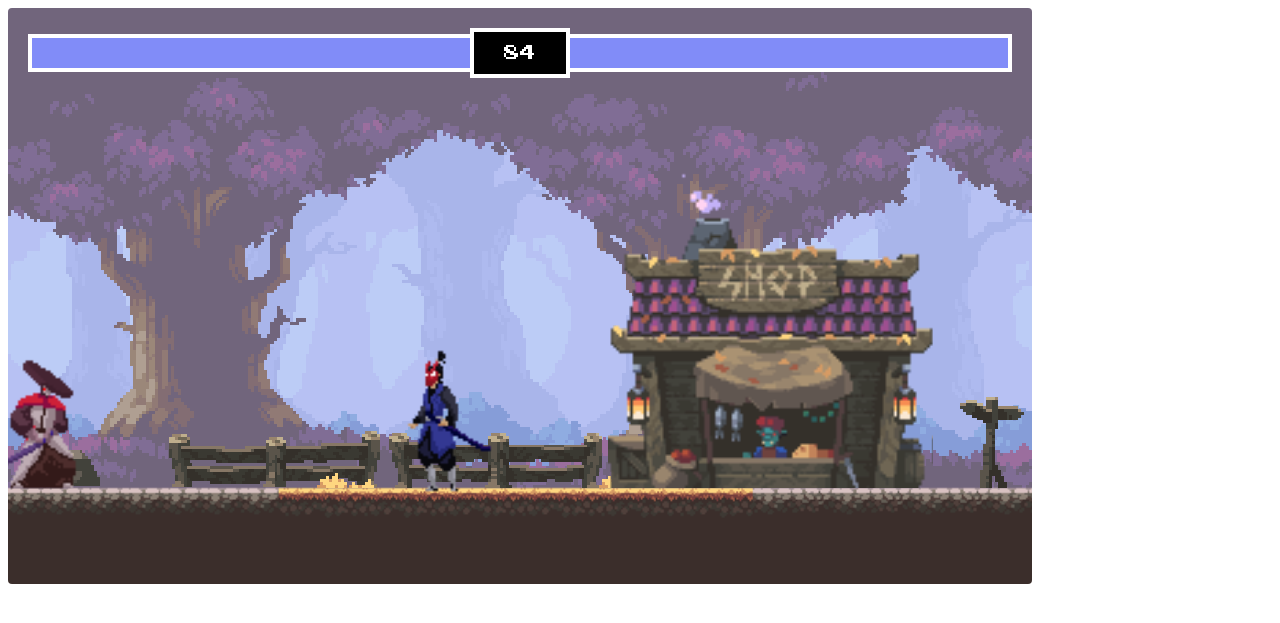
Repository: LuizAGDomingues/js-fighting-game
Page: index.html
The author's editor kept a copy of each file at every save. The page is drawn from the files as they stood at one save, then again after the next save.
The browser window is 1280 px wide. The pictures show the whole page.

Above is the page before, as saved 2022-12-23 21:18:02.

### index.html
<!DOCTYPE html>
<html lang="en">
  <head>
    <meta charset="UTF-8" />
    <link rel="icon" type="image/svg+xml" href="./images/Logo.jpg" />
    <link rel="preconnect" href="https://fonts.googleapis.com" />
    <link rel="preconnect" href="https://fonts.gstatic.com" crossorigin />
    <link href="https://fonts.googleapis.com/css2?family=Press+Start+2P&display=swap" rel="stylesheet" />
    <link href="./src/css/battle.css" rel="stylesheet" />
    <meta name="viewport" content="width=device-width, initial-scale=1.0" />
    <title>Figthing Game</title>
  </head>
  <body>
    <div class="content">
      <div class="life-bars">
        <!-- player health -->
        <div class="playerHealth-content">
          <div class="playerHealth-aux"></div>
          <div id="playerHealth" class="playerHealth-bar"></div>
        </div>
        <!-- timer -->
        <div id="timer" class="timer">10</div>
        <!-- enemy health -->
        <div class="enemyHealth-content">
          <div class="enemyHealth-aux"></div>
          <div id="enemyHealth" class="enemyHealth-bar"></div>
        </div>
      </div>
      <div id="displayText" class="result">Tie</div>
      <canvas style="border-radius: 4px;"></canvas>
    </div>
    <script
      src="https://cdnjs.cloudflare.com/ajax/libs/gsap/3.11.3/gsap.min.js"
      integrity="sha512-gmwBmiTVER57N3jYS3LinA9eb8aHrJua5iQD7yqYCKa5x6Jjc7VDVaEA0je0Lu0bP9j7tEjV3+1qUm6loO99Kw=="
      crossorigin="anonymous"
      referrerpolicy="no-referrer"
    ></script>
    <script src="./src/utils.js"></script>
    <script src="./src/classes.js"></script>
    <script src="./src/main.js"></script>
  </body>
</html>

### src/css/battle.css
* {
  box-sizing: border-box;
  font-family: 'Press Start 2P', sans-serif;
}

.content {
  position: relative;
  display: inline-block;
}

.life-bars {
  position: absolute;
  display: flex;
  width: 100%;
  align-items: center;
  padding: 20px;
}

.playerHealth-content {
  position: relative;
  width: 100%;
  display: flex;
  justify-content: flex-end;
  border-top: 4px solid white;
  border-left: 4px solid white;
  border-bottom: 4px solid white;
}

.playerHealth-aux {
  background-color: red;
  height: 30px;
  width: 100%;
}

.playerHealth-bar {
  position: absolute;
  background: #818CF8;
  top: 0;
  right: 0;
  bottom: 0;
  width: 100%;
}

.timer {
  background-color: black;
  width: 100px;
  height: 50px;
  flex-shrink: 0;
  display: flex;
  align-items: center;
  justify-content: center;
  color: white;
  border: 4px solid white;
}

.enemyHealth-content {
  position: relative;
  width: 100%;
  border-top: 4px solid white;
  border-right: 4px solid white;
  border-bottom: 4px solid white;
}

.enemyHealth-aux {
  background-color: red;
  height: 30px;
}

.enemyHealth-bar {
  position: absolute;
  background: #818CF8;
  top: 0;
  right: 0;
  bottom: 0;
  left: 0;
}

.result {
  position: absolute;
  color: white;
  align-items: center;
  justify-content: center;
  top: 0;
  right: 0;
  bottom: 0;
  left: 0;
  display: none;
}

### src/utils.js
function rectangularCollision({ rectangle1, rectangle2 }) {
  return (
    rectangle1.attackBox.position.x + rectangle1.attackBox.width >= rectangle2.position.x
    && rectangle1.attackBox.position.x <= rectangle2.position.x + rectangle2.width
    && rectangle1.attackBox.position.y + rectangle1.attackBox.height >= rectangle2.position.y
    && rectangle1.attackBox.position.y <= rectangle2.position.y + rectangle2.height
  )
};

function determineWinner({player, enemy, timerId}) {
  clearTimeout(timerId)
  document.querySelector('#displayText').style.display = 'flex'
  if(player.health === enemy.health) {
    document.querySelector('#displayText').innerHTML = 'Tie'
  } else if (player.health > enemy.health) {
    document.querySelector('#displayText').innerHTML = 'Player 1 wins'
  } else if (player.health < enemy.health) {
    document.querySelector('#displayText').innerHTML = 'Player 2 wins'
  }
};

### src/classes.js
class Sprite {
  constructor({position, imageSrc, scale = { x: 1, y: 1 }, framesMax = 1, offset = { x: 0, y: 0 }}) {
    this.position = position
    this.image = new Image()
    this.image.src = imageSrc
    this.scale = scale
    this.framesMax = framesMax
    this.framesCurrent = 0
    this.framesElapsed = 0
    this.framesHold = 5
    this.offset = offset
  }

  draw() {
    c.drawImage(
      this.image,
      this.framesCurrent * (this.image.width / this.framesMax),
      0,
      this.image.width / this.framesMax,
      this.image.height,
      this.position.x - this.offset.x,
      this.position.y - this.offset.y,
      (this.image.width / this.framesMax) * this.scale.x,
      this.image.height * this.scale.y
    )
  }

  animateFrames() {
    this.framesElapsed++
    if(this.framesElapsed % this.framesHold === 0) {
      if(this.framesCurrent < this.framesMax - 1) {
        this.framesCurrent++
      } else {
        this.framesCurrent = 0
      }
    }
  }

  update() {
    this.draw()
    this.animateFrames()
  }
}

class Fighter extends Sprite {
  constructor({
    position,
    velocity,
    color = 'red',
    imageSrc,
    scale = { x: 1, y: 1 },
    framesMax = 1,
    offset = { x: 0, y: 0 },
    sprites,
    attackBox = { offset: {}, width: undefined, height: undefined }
  }) {
    super({
      position,
      imageSrc,
      scale,
      framesMax,
      offset
    })

    this.velocity = velocity
    this.width = 50
    this.height = 150
    this.lastKey
    this.attackBox = {
      position: {
        x: this.position.x,
        y: this.position.y
      },
      offset: attackBox.offset,
      width: attackBox.width,
      height: attackBox.height
    }
    this.color = color
    this.isAttacking
    this.health = 100
    this.framesCurrent = 0
    this.framesElapsed = 0
    this.framesHold = 5
    this.sprites = sprites
    this.dead = false

    for (const sprite in this.sprites) {
      sprites[sprite].image = new Image()
      sprites[sprite].image.src = sprites[sprite].imageSrc
    }
  }

  update() {
    this.draw()
    if(!this.dead) this.animateFrames()

    this.attackBox.position.x = this.position.x + this.attackBox.offset.x
    this.attackBox.position.y = this.position.y + this.attackBox.offset.y

    // Draw the attack box
    //c.fillRect(this.attackBox.position.x, this.attackBox.position.y, this.attackBox.size.width, this.attackBox.height)

    this.position.x += this.velocity.x
    this.position.y += this.velocity.y

    // gravity function
    if(this.position.y + this.height + this.velocity.y >= canvas.height - 96) {
      this.velocity.y = 0
      this.position.y = 330
    } else this.velocity.y += gravity

  }

  attack() {
    if(this.image === this.sprites.takeHit.image || this.image === this.sprites.death.image) {
      return
    } else {
      this.switchSprite('attack1')
      this.isAttacking = true
    }
  }

  takeHit() {
    this.health -= 20
    if(this.health <= 0) {
      this.switchSprite('death')
    } else {
      this.switchSprite('takeHit')
    }
  }

  switchSprite(sprite) {
    if(this.image === this.sprites.death.image) {
      if(this.framesCurrent === this.sprites.death.framesMax - 1)
        this.dead = true
      return
    }
    // overriding all other animations with the attack animation
    if(
      this.image === this.sprites.attack1.image &&
      this.framesCurrent < this.sprites.attack1.framesMax - 1
    ) return
    // overriding when figther gets hit
    if(
      this.image === this.sprites.takeHit.image &&
      this.framesCurrent < this.sprites.takeHit.framesMax - 1
    ) return

    switch(sprite) {
      case 'idle':
        if(this.image !== this.sprites.idle.image) {
          this.image = this.sprites.idle.image
          this.framesMax = this.sprites.idle.framesMax
          this.framesCurrent = 0
        }
        break
      case 'run':
        if(this.image !== this.sprites.run.image) {
          this.image = this.sprites.run.image
          this.framesMax = this.sprites.run.framesMax
          this.framesCurrent = 0
        }
        break
      case 'jump':
        if(this.image !== this.sprites.jump.image) {
          this.image = this.sprites.jump.image
          this.framesMax = this.sprites.jump.framesMax
          this.framesCurrent = 0
        }
        break
      case 'fall':
        if(this.image !== this.sprites.fall.image) {
          this.image = this.sprites.fall.image
          this.framesMax = this.sprites.fall.framesMax
          this.framesCurrent = 0
        }
        break
      case 'attack1':
        if(this.image !== this.sprites.attack1.image) {
          this.image = this.sprites.attack1.image
          this.framesMax = this.sprites.attack1.framesMax
          this.framesCurrent = 0
        }
        break
      case 'takeHit':
        if(this.image !== this.sprites.takeHit.image) {
          this.image = this.sprites.takeHit.image
          this.framesMax = this.sprites.takeHit.framesMax
          this.framesCurrent = 0
        }
        break
      case 'death':
        if(this.image !== this.sprites.death.image) {
          this.image = this.sprites.death.image
          this.framesMax = this.sprites.death.framesMax
          this.framesCurrent = 0
        }
        break
    }
  }
}

### src/main.js
const canvas = document.querySelector('canvas');
const c = canvas.getContext('2d');

canvas.width = 1024
canvas.height = 576

c.fillRect(0, 0, canvas.width, canvas.height)

const gravity = .7

var gameIsOver = false

const background = new Sprite({
  position: {
    x: 0,
    y: 0
  },
  imageSrc: '../images/background.png'
})

const shop = new Sprite({
  position: {
    x: 600,
    y: 128
  },
  imageSrc: '../images/shop.png',
  scale: {
    x: 2.75,
    y: 2.75
  },
  framesMax: 6
})

const player = new Fighter({
  position: {
    x: 0,
    y: 0
  },
  velocity: {
    x: 0,
    y: 0
  },
  offset: {
    x: 0,
    y: 0
  },
  imageSrc: '../images/samuraiMack/Idle.png',
  framesMax: 8,
  scale: {
    x: 2.5,
    y: 2.5
  },
  offset: {
    x: 215,
    y: 155
  },
  sprites: {
    idle: {
      imageSrc: '../images/samuraiMack/Idle.png',
      framesMax: 8
    },
    run: {
      imageSrc: '../images/samuraiMack/Run.png',
      framesMax: 8
    },
    jump: {
      imageSrc: '../images/samuraiMack/Jump.png',
      framesMax: 2
    },
    fall: {
      imageSrc: '../images/samuraiMack/Fall.png',
      framesMax: 2
    },
    attack1: {
      imageSrc: '../images/samuraiMack/Attack1.png',
      framesMax: 6
    },
    takeHit: {
      imageSrc: '../images/samuraiMack/Take Hit.png',
      framesMax: 4
    },
    death: {
      imageSrc: '../images/samuraiMack/Death.png',
      framesMax: 6
    }
  },
  attackBox: {
    offset: {
      x: 100,
      y: 50
    },
    width: 140,
    height: 50
  }
})

const enemy = new Fighter({
  position: {
    x: 400,
    y: 100
  },
  velocity: {
    x: 0,
    y: 0
  },
  color: 'blue',
  offset: {
    x: -50,
    y: 0
  },
  imageSrc: '../images/kenji/Idle.png',
  framesMax: 4,
  scale: {
    x: 2.5,
    y: 2.5
  },
  offset: {
    x: 215,
    y: 167
  },
  sprites: {
    idle: {
      imageSrc: '../images/kenji/Idle.png',
      framesMax: 4
    },
    run: {
      imageSrc: '../images/kenji/Run.png',
      framesMax: 8
    },
    jump: {
      imageSrc: '../images/kenji/Jump.png',
      framesMax: 2
    },
    fall: {
      imageSrc: '../images/kenji/Fall.png',
      framesMax: 2
    },
    attack1: {
      imageSrc: '../images/kenji/Attack1.png',
      framesMax: 4
    },
    takeHit: {
      imageSrc: '../images/kenji/Take hit.png',
      framesMax: 3
    },
    death: {
      imageSrc: '../images/kenji/Death.png',
      framesMax: 7
    }
  },
  attackBox: {
    offset: {
      x: -170,
      y: 50
    },
    width: 170,
    height: 50
  }
})

const keys = {
  a: {
    pressed: false
  },
  d: {
    pressed: false
  },
  ArrowRight: {
    pressed: false
  },
  ArrowLeft: {
    pressed: false
  }
}

// Timer actions
let timer = 90
let timerId
function decreaseTimer() {
  if(timer > 0) {
    timerId = setTimeout(decreaseTimer, 1000)
    timer--
    document.querySelector('#timer').innerHTML = timer
  }
  if(timer === 0) {
    determineWinner({player, enemy, timerId})
    gameIsOver = true
  }
};
decreaseTimer();

function animate() {
  window.requestAnimationFrame(animate)
  c.fillStyle = 'black'
  c.fillRect(0, 0, canvas.width, canvas.height)
  background.update()
  shop.update()
  c.fillStyle = 'rgba(255, 255, 255, 0.1)'
  c.fillRect(0, 0, canvas.width, canvas.height)
  player.update()
  enemy.update()

  player.velocity.x = 0
  enemy.velocity.x = 0

  // player movement
  if(keys.a.pressed && player.lastKey === 'a' && player.position.x >= 0 && player.image != player.sprites.attack1.image) {
    player.velocity.x = -5
    player.switchSprite('run')
  } else if(keys.d.pressed && player.lastKey === 'd' && player.position.x <= canvas.width - 60 && player.image != player.sprites.attack1.image) {
    player.velocity.x = 5
    player.switchSprite('run')
  } else {
    player.switchSprite('idle')
  }
  // player jumping
  if(player.velocity.y < 0) {
    player.switchSprite('jump')
  } else if(player.velocity.y > 0) {
    player.switchSprite('fall')
  }

  // enemy movement
  if(keys.ArrowLeft.pressed && enemy.lastKey === 'ArrowLeft' && enemy.position.x >= 0) {
    enemy.velocity.x = -5
    enemy.switchSprite('run')
  } else if(keys.ArrowRight.pressed && enemy.lastKey === 'ArrowRight' && enemy.position.x <= canvas.width - 50) {
    enemy.velocity.x = 5
    enemy.switchSprite('run')
  } else {
    enemy.switchSprite('idle')
  }
  // enemy jumping
  if(enemy.velocity.y < 0) {
    enemy.switchSprite('jump')
  } else if(enemy.velocity.y > 0) {
    enemy.switchSprite('fall')
  }

  // detect for collision & enemy is hit
  if(rectangularCollision({rectangle1: player, rectangle2: enemy}) && player.isAttacking && player.framesCurrent === 4) {
    enemy.takeHit()
    player.isAttacking = false
    gsap.to('#enemyHealth', {
      width: enemy.health + '%'
    })
  }

  //if player misses enemy
  if(player.isAttacking && player.framesCurrent === 4) {
    player.isAttacking = false
  }

  // detect for collision & player is hit
  if(rectangularCollision({rectangle1: enemy, rectangle2: player}) && enemy.isAttacking && enemy.framesCurrent === 2) {
    player.takeHit()
    enemy.isAttacking = false
    gsap.to('#playerHealth', {
      width: player.health + '%'
    })
  }

  //if enemy misses enemy
  if(enemy.isAttacking && enemy.framesCurrent === 2) {
    enemy.isAttacking = false
  }

  // end game base on health
  if(enemy.health <= 0 || player.health <= 0){
    determineWinner({player, enemy, timerId})
    gameIsOver = true
  }
}
animate()

window.addEventListener('keydown', (event) => {
  if(!player.dead && !gameIsOver) {
    switch (event.key) {
      case 'd':
        keys.d.pressed = true
        player.lastKey = 'd'
        break
      case 'a':
        keys.a.pressed = true
        player.lastKey = 'a'
        break
      case 'w':
        if(player.image === player.sprites.jump.image || player.image === player.sprites.fall.image) {
          break
        }
        player.velocity.y = -20
        break
      case ' ':
        player.attack()
        break
    }
  }
  if(!enemy.dead && !gameIsOver) {
    switch (event.key) {
      case 'ArrowRight':
        keys.ArrowRight.pressed = true
        enemy.lastKey = 'ArrowRight'
        break
      case 'ArrowLeft':
        keys.ArrowLeft.pressed = true
        enemy.lastKey = 'ArrowLeft'
        break
      case 'ArrowUp':
        if(enemy.image === enemy.sprites.jump.image || enemy.image === enemy.sprites.fall.image) {
          break
        }
        enemy.velocity.y = -20
        break
      case 'ArrowDown':
        enemy.attack()
        break
    }
  }
})

window.addEventListener('keyup', (event) => {
  switch (event.key) {
    case 'd':
      keys.d.pressed = false
      break
    case 'a':
      keys.a.pressed = false
      break

    case 'ArrowRight':
      keys.ArrowRight.pressed = false
      break
    case 'ArrowLeft':
      keys.ArrowLeft.pressed = false
      break
  }
})

After the next save:
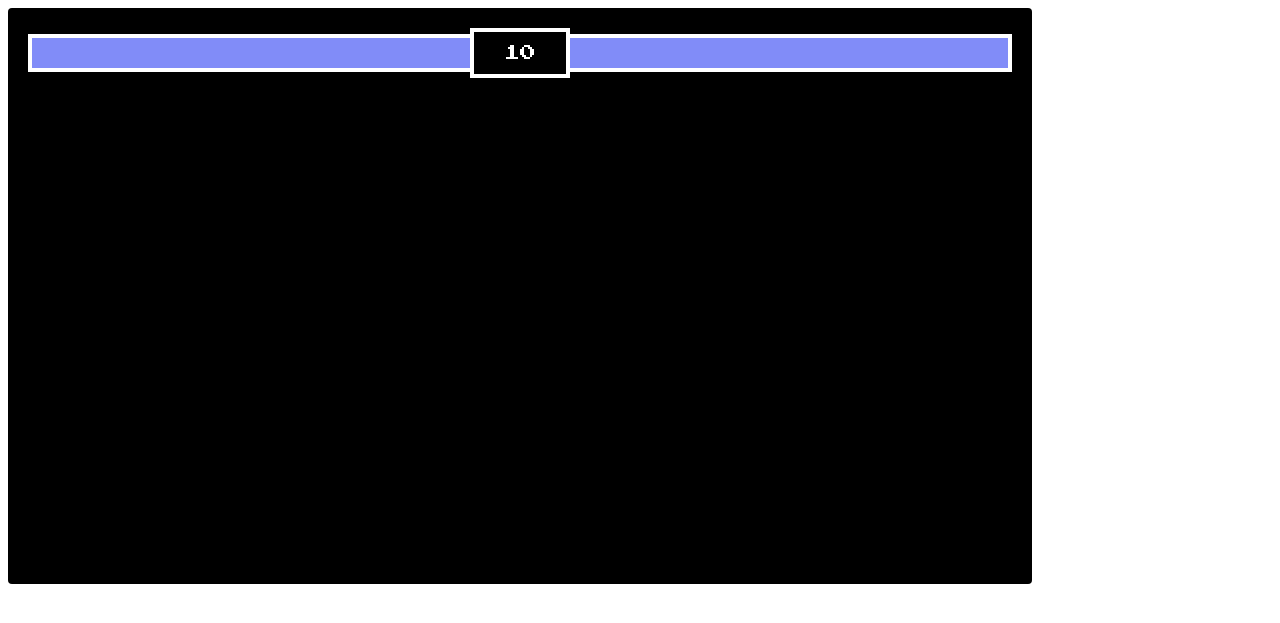
Console error: ReferenceError: scale is not defined
Saved 29 min 58 s later.
--- a/src/main.js
+++ b/src/main.js
@@ -15,7 +15,8 @@
     x: 0,
     y: 0
   },
-  imageSrc: '../images/background.png'
+  imageSrc: '../images/background.png',
+  scale
 })
 
 const shop = new Sprite({

After the 2 saves that followed:
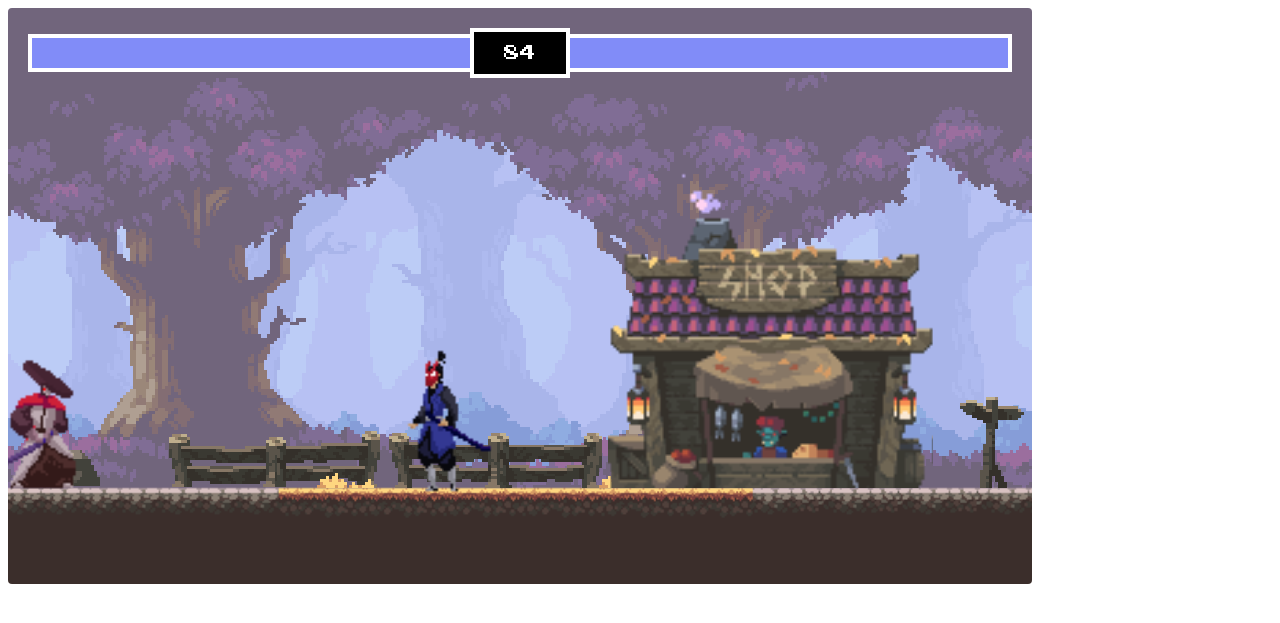
The error is gone.
The 2 saves are shown as one change because they came seconds apart.
The last was saved 7 s later.
--- a/src/main.js
+++ b/src/main.js
@@ -16,7 +16,10 @@
     y: 0
   },
   imageSrc: '../images/background.png',
-  scale
+  scale: {
+    x: 1,
+    y: 1
+  }
 })
 
 const shop = new Sprite({
